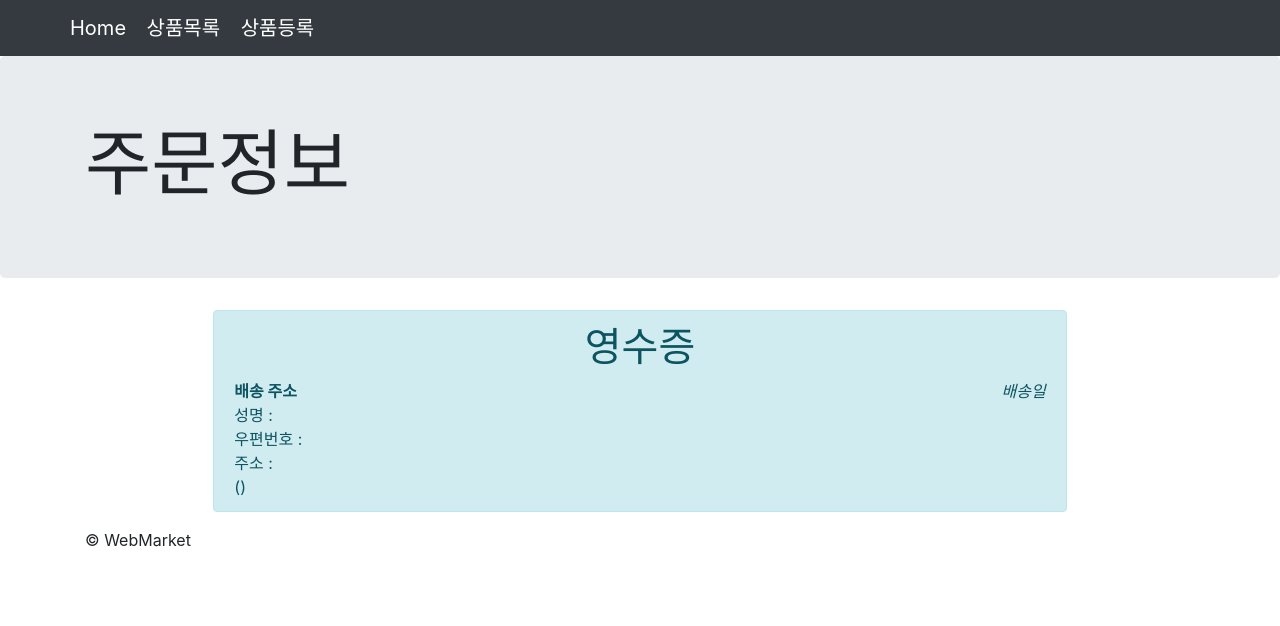
Repository: davisbyun/ai
Page: http://localhost/WebMarket/orderConfirmation.jsp
An editor plug-in stored every save of this project. The page is shown before and after the next save, followed by the edit.
The browser window is 1280 px wide. The pictures show the whole page.
The page is served by Tomcat 9. Other server files are loaded and not shown.

Above is the page before, as saved 2024-01-25 04:00:50.

### WebMarket/src/main/webapp/orderConfirmation.jsp
<%@page import="java.net.URLDecoder"%>
<%@ page language="java" contentType="text/html; charset=UTF-8"
    pageEncoding="UTF-8"%>
<%@ page import="java.net.URL" %>
<%@ page import="dao.ProductRepository" %>
<%@ page import="dto.Product" %>
<%@ page import="java.util.*" %>

<%--1단계 모든 정보 가져오기, 2단계 보여주기 --%>
<!DOCTYPE html>
<html>
<head>
<meta charset="UTF-8">
<title>orderConfirmation.jsp 주문정보 페이지 영수증 보이기</title>
<link rel="stylesheet" href="./css/bootstrap.min.css"/>
</head>
<body>
	<%
	 	request.setCharacterEncoding("utf-8");

		String cartId = session.getId();

		String vCartId = "";
		String vCartname ="";
		String vCartSD = "";
		String vCartCountry ="";
		String vCartZip = "";
		String vCartAN ="";

		//쿠키들을 배열에 담아서 가져오기
		Cookie[] c = request.getCookies();

		if(c != null ) {
			for(int i =0; i < c.length; i++ ) {
				Cookie t = c[i]; //쿠키배열의 0열에 있는 쿠키를 t변수에 담는다.
				String cn = t.getName(); //쿠키명을 얻는다.
				if(cn.equals("sCartId") ) vCartId = URLDecoder.decode(t.getValue(), "utf-8");
				if(cn.equals("sCartname") ) vCartname = URLDecoder.decode(t.getValue(), "utf-8");
				if(cn.equals("sCartSD") ) vCartSD = URLDecoder.decode(t.getValue(), "utf-8");
				if(cn.equals("sCartCountry") ) vCartCountry = URLDecoder.decode(t.getValue(), "utf-8");
				if(cn.equals("sCartZip") ) vCartZip = URLDecoder.decode(t.getValue(), "utf-8");
				if(cn.equals("sCartAN") ) vCartAN = URLDecoder.decode(t.getValue(), "utf-8");
			}
		}
	%>
<%--2단계 정보보이기 --%>
<jsp:include page="menu.jsp"></jsp:include>
 <div class="jumbotron">
    <div class="container">
        <h1 class="display-3"> 주문정보 </h1>
    </div>
 </div>
 <div class="container col-8 alert alert-info ">
    <div class="text-center">
      <h1> 영수증 </h1>
    </div>
    <div class="row justify-content-between">
      <div class="col-4" align="left">
      <strong> 배송 주소 </strong> <br>
      		   성명 : <%= vCartname %><br>
      		   우편번호 : <%= vCartZip %><br>
      		   주소 : <%= vCartAN %><br>
      		   (<%= vCartCountry %>)
      </div>
      <div class="col-4" align="right">
         <p> <em> 배송일</em> <%= vCartSD %>
      </div>
    </div>
 </div>



<jsp:include page="footer.jsp"></jsp:include>
</body>
</html>

### WebMarket/src/main/webapp/menu.jsp
<%@ page language="java" contentType="text/html; charset=UTF-8"
    pageEncoding="UTF-8"%>
<!DOCTYPE html>
<html>
<head>
<meta charset="UTF-8">
<title>Insert title here</title>
<link rel="stylesheet" href="https://cdn.jsdelivr.net/npm/bootstrap@4.0.0/dist/css/bootstrap.min.css" integrity="sha384-Gn5384xqQ1aoWXA+058RXPxPg6fy4IWvTNh0E263XmFcJlSAwiGgFAW/dAiS6JXm" crossorigin="anonymous">
</head>
<body>
	 <nav class="navbar navbar-expand navbar-dark bg-dark">
    <div class="container">
        <div class="navbar-header">
            <a class="navbar-brand" href="./welcome.jsp">Home</a>
            <a class="navbar-brand" href="./welcome.jsp">상품목록</a>
            <a class="navbar-brand" href="./welcome.jsp">상품등록</a>
         </div>
     </div>
   </nav>
</body>
</html>

### WebMarket/src/main/webapp/footer.jsp
<%@ page language="java" contentType="text/html; charset=UTF-8"
    pageEncoding="UTF-8"%>
<!DOCTYPE html>
<html>
<head>
<meta charset="UTF-8">
<title>Insert title here</title>
 <link rel="stylesheet" href="https://cdn.jsdelivr.net/npm/bootstrap@4.0.0/dist/css/bootstrap.min.css" integrity="sha384-Gn5384xqQ1aoWXA+058RXPxPg6fy4IWvTNh0E263XmFcJlSAwiGgFAW/dAiS6JXm" crossorigin="anonymous">
</head>
<body>
     <footer class="container">
	    <p>&copy; WebMarket</p>
	 </footer>
</body>
</html>

Loaded but not shown: WebMarket/src/main/webapp/css/bootstrap.min.css (library)

After the next save:
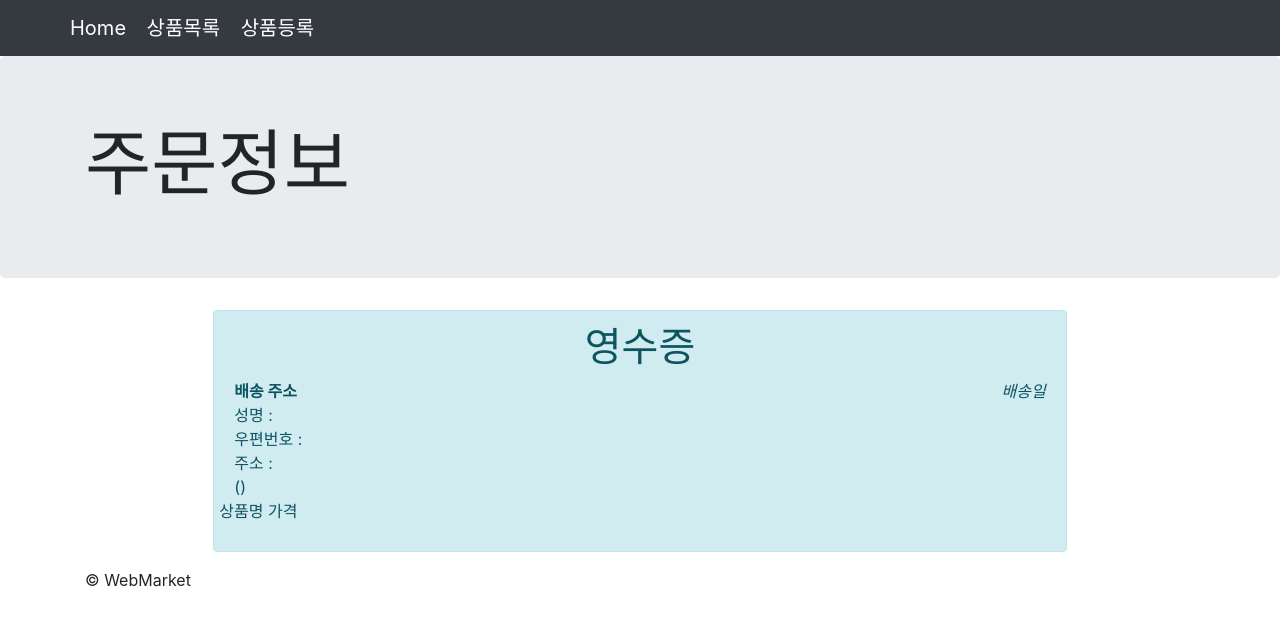
Saved 74 min 50 s later.
--- a/WebMarket/src/main/webapp/orderConfirmation.jsp
+++ b/WebMarket/src/main/webapp/orderConfirmation.jsp
@@ -65,6 +65,10 @@
       <div class="col-4" align="right">
          <p> <em> 배송일</em> <%= vCartSD %>
       </div>
+      <div class="table table-hover">
+      <tr> <th class="text"> 상품명</th> <th class="text">가격</th> </tr>
+
+      </div>
     </div>
  </div>
 
